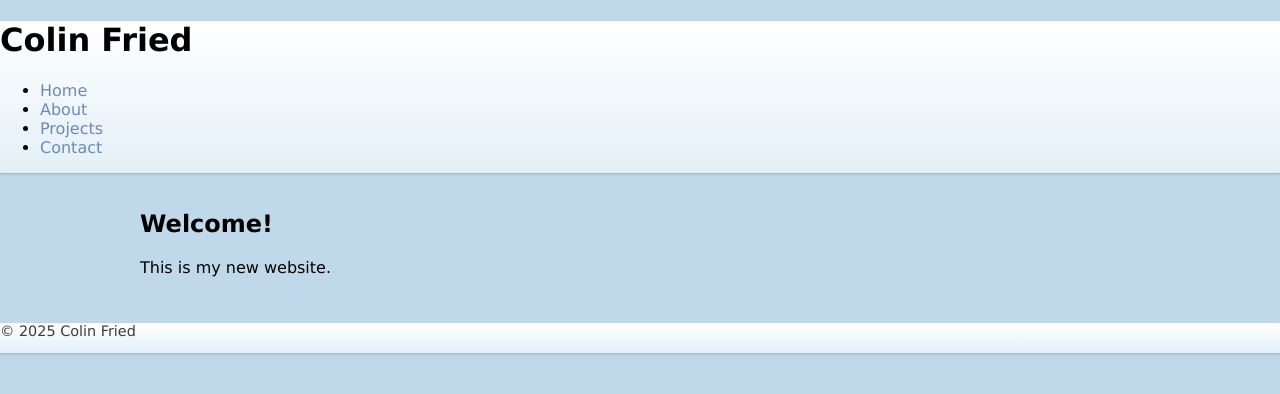
Repository: colinfdsaui/colin
Page: website.html
These files come from the project's save history. The page is drawn as it stood at one moment and after the next save; the edit follows.
The browser window is 1280 px wide. The pictures show the whole page.

Above is the page before, as saved 2025-07-08 12:11:43.

After the next save:
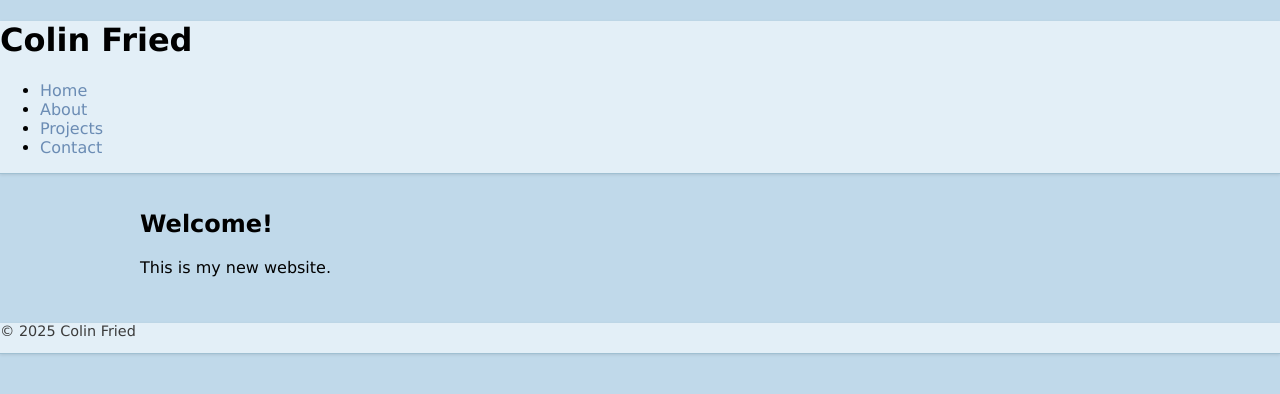
Saved 4 s later.
--- a/styles.css
+++ b/styles.css
@@ -44,7 +44,7 @@ footer {
   /* gradient layered on top */
   background-image: linear-gradient(
     to bottom,
-    rgba(255,255,255,1000),
+    rgba(255,255,255,0),
     var(--aqua-bg-secondary)
   );
 
